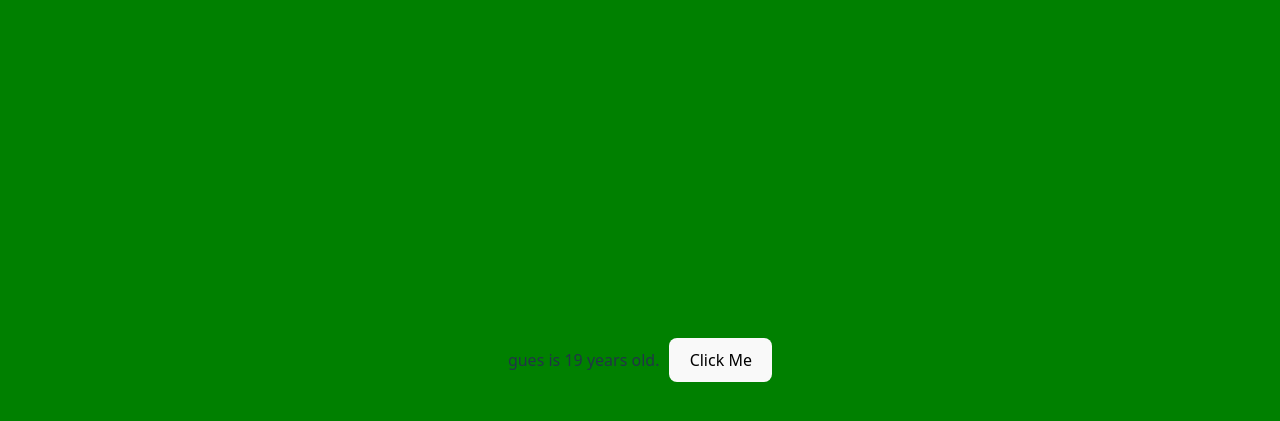
Repository: DaneJuswa/LearningReact
Page: / (app in reactProject/)
An editor plug-in stored every save of this project. The page is shown before and after the next save, followed by the edit.
The browser window is 1280 px wide. The pictures show the whole page.
The project was rebuilt for these pictures with package versions that can differ from the ones it lists, and the page was loaded fresh each time. Also part of the build but not shown: reactProject/vite.config.js.

Above is the page before, as saved 2025-09-15 14:41:22.

### reactProject/src/main.jsx
import { StrictMode } from 'react'
import { createRoot } from 'react-dom/client'
import App from './App.jsx'
import './index.css'
import Cards from './Cards.jsx'

createRoot(document.getElementById('root')).render(
  <StrictMode>
    <App/>

  </StrictMode>,
)

### reactProject/src/App.jsx
import './App.css'
import Cards from './Cards'
import Button from './Button';
function App() {
  return (
    <>
      <Cards/>
      <Button/>
    </>
  );
}

export default App   // 👈 end App here, don’t mix Button

### reactProject/src/Cards.jsx

import PropTypes from "prop-types";

function Cards({ name = "gues", age=19 }) {
  return <p>{name} is {age} years old.</p>;
}


Cards.defaultProps = {
    name : "Guest",
    age: 0
}
export default Cards;

### reactProject/src/App.css
#root {
  width: 100%;
  display: flex;
   flex-direction: row ;
   column-gap: 10px;
  justify-content: center;
  align-items: center;
  min-height: 100vh; /* make sure it's vertically centered */
  background-color: green;
  margin: 0; /* remove default spacing */
}

.card-container {
  width: 150px;
  height: 200px;
  background-color: aquamarine;
  border-radius: 10px; /* rounded corners */
  box-shadow: 0 4px 6px rgba(0,0,0,0.1); /* subtle shadow */
  display: flex;
  flex-direction: column;
  justify-content: center;
  align-items: center;
  font-family: sans-serif;
  gap: 10px; /* spacing between image & text */
}

.card-container:hover{
  box-shadow: 10px 10px 10px rgba(0,0,0,0.1);
  cursor: pointer;
}

### reactProject/src/Button.jsx
function Button(){

    const handleClick = alert("clicked button")
    return (
        <button onClick={handleClick}>Click Me</button>
    )
}
export default Button

Loaded but not shown: reactProject/index.html (common file); reactProject/src/index.css (common file)

After the next save:
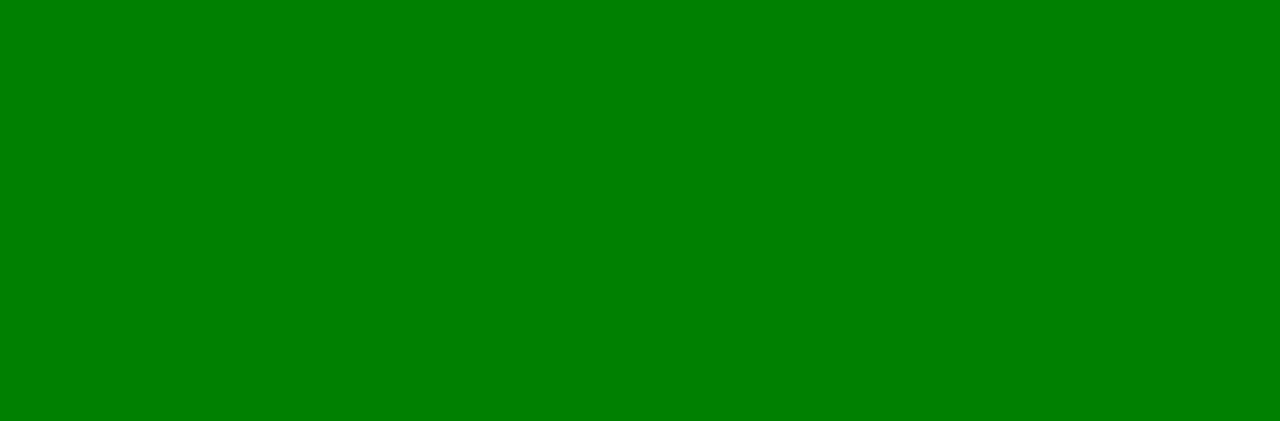
Console error: TypeError: handleClick is not a function
Saved 9 s later.
--- a/reactProject/src/Button.jsx
+++ b/reactProject/src/Button.jsx
@@ -2,7 +2,7 @@
 
     const handleClick = alert("clicked button")
     return (
-        <button onClick={handleClick}>Click Me</button>
+        <button onClick={handleClick()}>Click Me</button>
     )
 }
 export default Button

After the save that followed:
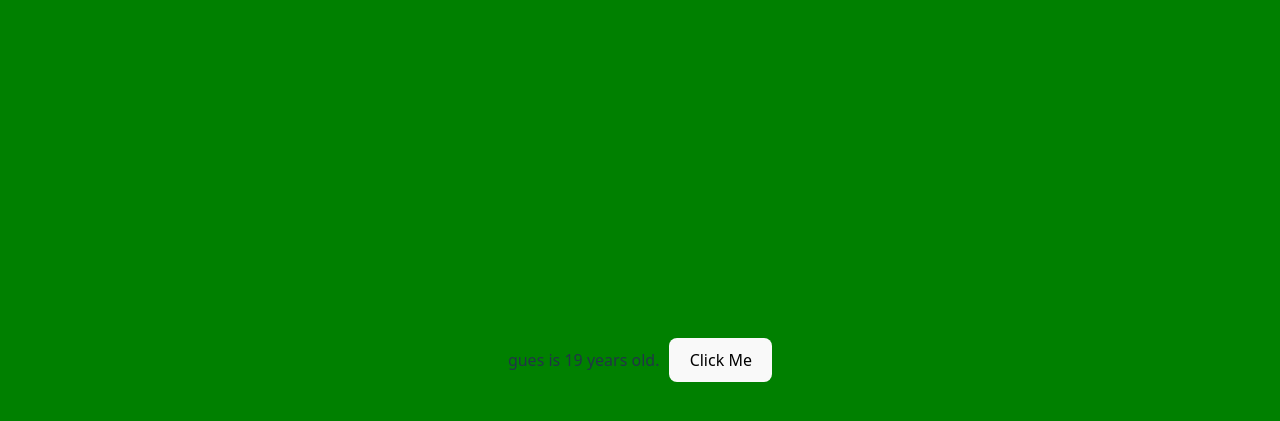
The error is gone.
Saved 36 s later.
--- a/reactProject/src/Button.jsx
+++ b/reactProject/src/Button.jsx
@@ -1,6 +1,6 @@
 function Button(){
 
-    const handleClick = alert("clicked button")
+    const handleClick = () =>{alert("clicked button")}
     return (
         <button onClick={handleClick()}>Click Me</button>
     )
